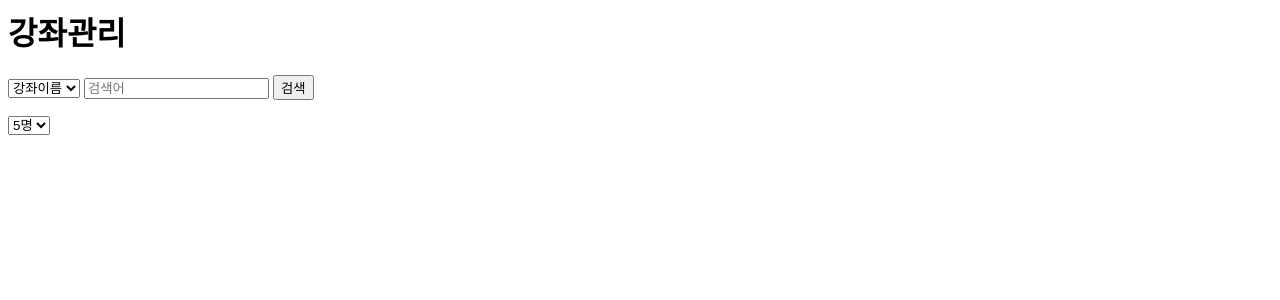
Repository: 7hannr/jsp
Page: http://localhost/ex07/cou/list.jsp
An editor plug-in stored every save of this project. The page is shown before and after the next save, followed by the edit.
The browser window is 1280 px wide. The pictures show the whole page.
The page is served by Tomcat 9. Other server files are loaded and not shown.

Above is the page before, as saved 2024-05-09 07:15:59.
Console error: ReferenceError: $ is not defined

### ex07/src/main/webapp/cou/list.jsp
<%@ page language="java" contentType="text/html; charset=EUC-KR"
    pageEncoding="EUC-KR"%>
<div>
	<h1>강좌관리</h1>
	<div class="row">
		<div class="col-8 col-md-6">
		<form name="frm">
			<div class="input-group mb-2">
				<select name="key" class="form-select">
					<option value="lname">강좌이름</option>
					<option value="lcode">강좌번호</option>
					<option value="pname">담당교수</option>
					<option value="room">강의실</option>
				</select>
				<input name="word" placeholder="검색어" class="form-control ms-2">
				<button class="btn btn-secondary">검색</button>
			</div>
		</form>
		</div>
		<div class="col">
			<select class="form-select" id="size">
				<option value="2">2명</option>
				<option value="3">3명</option>
				<option value="4">4명</option>
				<option value="5" selected>5명</option>
			</select>
		</div>
	</div>
	<div id="div_cou">
</div>
</div>
<script id="temp_cou" type="x-handlebars-template">
	<table class="table table-borderd table-hover">
		<tr class="text-center">
			<td>강좌번호</td>
			<td>강좌이름</td>
			<td>강의시간</td>
			<td>강의실</td>
			<td>신청인원</td>
			<td>담당교수</td>
		</tr>
		{{#each .}}
		<tr class="text-center">
			<td>{{lcode}}</td>
			<td>{{lname}}</td>
			<td>{{hours}}</td>
			<td>{{room}}</td>
			<td>{{persons}}명/{{capacity}}명</td>
			<td>{{pname}}({{instructor}})</td>
		</tr>
		{{/each}}
	</table>
</script>
<script>
let page=1;
let size=5;
let key="lname";
let word="";

$(frm).on("submit",function(e){
	e.preventDefault();
	page=1;
	key=$(frm.key).val();
	word=$(frm.word).val();
	getData();

});
getData();
function getData(){
	$.ajax({
		type:"get",
		url:"/cou/list.json",
		dataType:"json",
		data:{page,size,key,word},
		success:function(data){
			console.log(data);
			const temp=Handlebars.compile($("#temp_cou").html());
			$("#div_cou").html(temp(data));
		}
	});
}
</script>

After the next save:
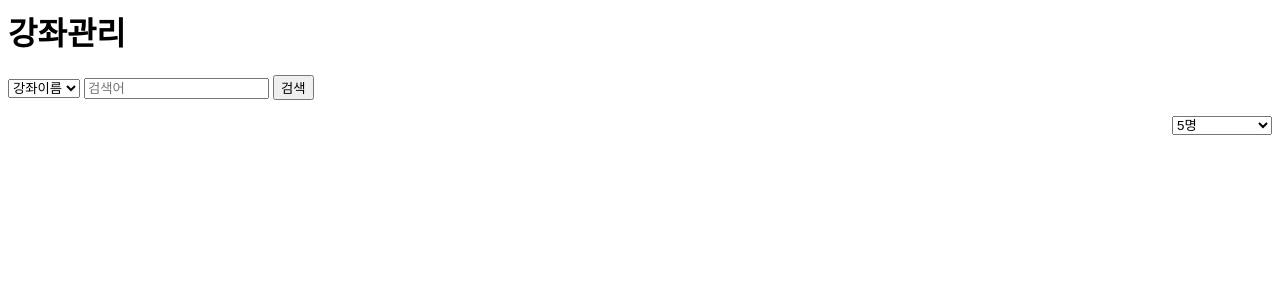
Saved 57 s later.
--- a/ex07/src/main/webapp/cou/list.jsp
+++ b/ex07/src/main/webapp/cou/list.jsp
@@ -1,5 +1,11 @@
 <%@ page language="java" contentType="text/html; charset=EUC-KR"
     pageEncoding="EUC-KR"%>
+<style>
+	#size{
+		width:100px;
+		float:right;
+	}
+</style>
 <div>
 	<h1>강좌관리</h1>
 	<div class="row">
